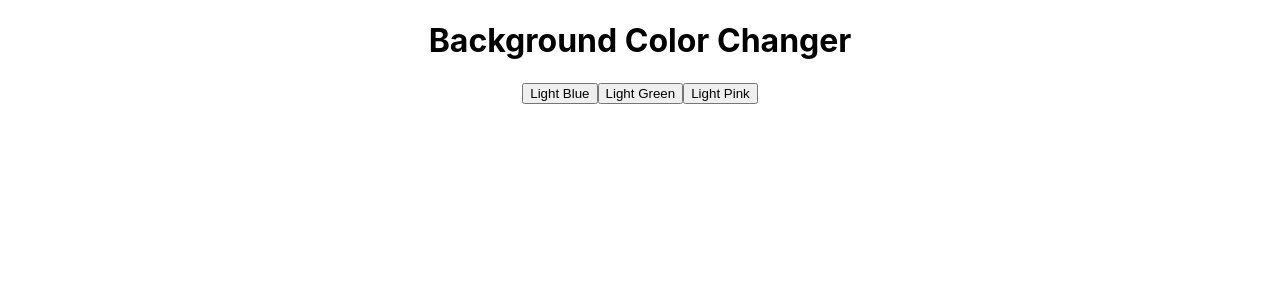
Repository: Jay1161/FSWD
Page: / (app in Week-12/frontend/cookies/)
An editor plug-in stored every save of this project. The page is shown before and after the next save, followed by the edit.
The browser window is 1280 px wide. The pictures show the whole page.
The page's requests for data from a server got no answer. The project was rebuilt for these pictures with package versions that can differ from the ones it lists, and the page was loaded fresh each time. No one was signed in, and anything a server would have sent is missing.

Above is the page before, as saved 2023-09-27 18:43:06.

### Week-12/frontend/cookies/src/index.js
import React from 'react';
import ReactDOM from 'react-dom/client';
import './index.css';
import reportWebVitals from './reportWebVitals';
//import App from './App';
import Cookies from './cookies';

const root = ReactDOM.createRoot(document.getElementById('root'));
root.render(
  <React.StrictMode>
    <Cookies />
  </React.StrictMode>
);

// If you want to start measuring performance in your app, pass a function
// to log results (for example: reportWebVitals(console.log))
// or send to an analytics endpoint. Learn more: https://bit.ly/CRA-vitals
reportWebVitals();

### Week-12/frontend/cookies/src/cookies.jsx
// client/src/App.js

import React, { useState, useEffect } from 'react';
import './App.css';

function Cookies() {
  const [backgroundColor, setBackgroundColor] = useState('');

  useEffect(() => {
    // Retrieve the backgroundColor cookie when the component mounts
    const savedBackgroundColor = getCookie('backgroundColor');
    if (savedBackgroundColor) {
      setBackgroundColor(savedBackgroundColor);
    }
  }, []);

  // Function to set the backgroundColor cookie on button click
  const setCookieAndBackgroundColor = (color) => {
    document.body.style.backgroundColor = color;
    document.cookie = `backgroundColor=${color}`;
    setBackgroundColor(color);
  };

  // Function to retrieve a cookie by name
  const getCookie = (name) => {
    const cookies = document.cookie.split(';');
    for (const cookie of cookies) {
      const [cookieName, cookieValue] = cookie.trim().split('=');
      if (cookieName === name) {
        return cookieValue;
      }
    }
    return null;
  };

  return (
    <div className="App">
      <h1>Background Color Changer</h1>
      <button onClick={() => setCookieAndBackgroundColor('lightblue')}>Light Blue</button>
      <button onClick={() => setCookieAndBackgroundColor('lightgreen')}>Light Green</button>
      <button onClick={() => setCookieAndBackgroundColor('lightpink')}>Light Pink</button>
    </div>
  );
}

export default Cookies;

Loaded but not shown: Week-12/frontend/cookies/public/index.html (common file); Week-12/frontend/cookies/src/index.css (common file); Week-12/frontend/cookies/src/reportWebVitals.js (common file); Week-12/frontend/cookies/src/App.css (common file)

After the next save:
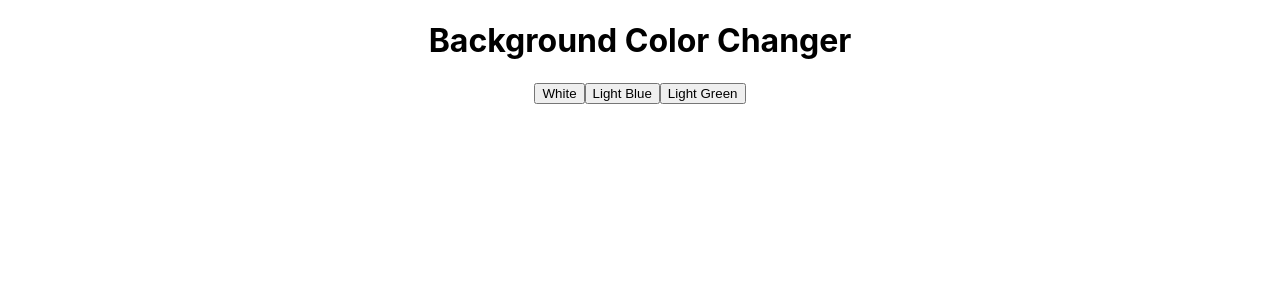
Saved 8 s later.
--- a/Week-12/frontend/cookies/src/cookies.jsx
+++ b/Week-12/frontend/cookies/src/cookies.jsx
@@ -1,46 +1,37 @@
-// client/src/App.js
-
 import React, { useState, useEffect } from 'react';
 import './App.css';
 
-function Cookies() {
-  const [backgroundColor, setBackgroundColor] = useState('');
+function App() {
+  const [backgroundColor, setBackgroundColor] = useState('white');
 
   useEffect(() => {
-    // Retrieve the backgroundColor cookie when the component mounts
-    const savedBackgroundColor = getCookie('backgroundColor');
-    if (savedBackgroundColor) {
-      setBackgroundColor(savedBackgroundColor);
-    }
+    fetch('/getBackgroundColor')
+      .then((res) => res.json())
+      .then((data) => {
+        setBackgroundColor(data.backgroundColor);
+      });
   }, []);
 
-  // Function to set the backgroundColor cookie on button click
-  const setCookieAndBackgroundColor = (color) => {
-    document.body.style.backgroundColor = color;
-    document.cookie = `backgroundColor=${color}`;
-    setBackgroundColor(color);
-  };
-
-  // Function to retrieve a cookie by name
-  const getCookie = (name) => {
-    const cookies = document.cookie.split(';');
-    for (const cookie of cookies) {
-      const [cookieName, cookieValue] = cookie.trim().split('=');
-      if (cookieName === name) {
-        return cookieValue;
-      }
-    }
-    return null;
+  const handleBackgroundColorChange = (color) => {
+    fetch('/setBackgroundColor', {
+      method: 'POST',
+      headers: {
+        'Content-Type': 'application/json',
+      },
+      body: JSON.stringify({ backgroundColor: color }),
+    }).then(() => {
+      setBackgroundColor(color);
+    });
   };
 
   return (
-    <div className="App">
+    <div className="App" style={{ backgroundColor }}>
       <h1>Background Color Changer</h1>
-      <button onClick={() => setCookieAndBackgroundColor('lightblue')}>Light Blue</button>
-      <button onClick={() => setCookieAndBackgroundColor('lightgreen')}>Light Green</button>
-      <button onClick={() => setCookieAndBackgroundColor('lightpink')}>Light Pink</button>
+      <button onClick={() => handleBackgroundColorChange('white')}>White</button>
+      <button onClick={() => handleBackgroundColorChange('lightblue')}>Light Blue</button>
+      <button onClick={() => handleBackgroundColorChange('lightgreen')}>Light Green</button>
     </div>
   );
 }
 
-export default Cookies;
+export default App;

After the save that followed:
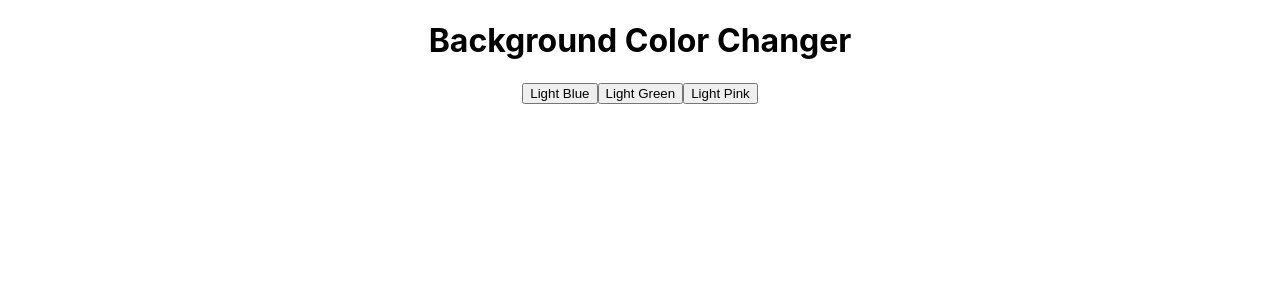
Saved 17 s later.
--- a/Week-12/frontend/cookies/src/cookies.jsx
+++ b/Week-12/frontend/cookies/src/cookies.jsx
@@ -1,37 +1,46 @@
+// client/src/App.js
+
 import React, { useState, useEffect } from 'react';
 import './App.css';
 
-function App() {
-  const [backgroundColor, setBackgroundColor] = useState('white');
+function Cookies() {
+  const [backgroundColor, setBackgroundColor] = useState('');
 
   useEffect(() => {
-    fetch('/getBackgroundColor')
-      .then((res) => res.json())
-      .then((data) => {
-        setBackgroundColor(data.backgroundColor);
-      });
+    // Retrieve the backgroundColor cookie when the component mounts
+    const savedBackgroundColor = getCookie('backgroundColor');
+    if (savedBackgroundColor) {
+      setBackgroundColor(savedBackgroundColor);
+    }
   }, []);
 
-  const handleBackgroundColorChange = (color) => {
-    fetch('/setBackgroundColor', {
-      method: 'POST',
-      headers: {
-        'Content-Type': 'application/json',
-      },
-      body: JSON.stringify({ backgroundColor: color }),
-    }).then(() => {
-      setBackgroundColor(color);
-    });
+  // Function to set the backgroundColor cookie on button click
+  const setCookieAndBackgroundColor = (color) => {
+    document.body.style.backgroundColor = color;
+    document.cookie = `backgroundColor=${color}`;
+    setBackgroundColor(color);
+  };
+
+  // Function to retrieve a cookie by name
+  const getCookie = (name) => {
+    const cookies = document.cookie.split(';');
+    for (const cookie of cookies) {
+      const [cookieName, cookieValue] = cookie.trim().split('=');
+      if (cookieName === name) {
+        return cookieValue;
+      }
+    }
+    return null;
   };
 
   return (
-    <div className="App" style={{ backgroundColor }}>
+    <div className="App">
       <h1>Background Color Changer</h1>
-      <button onClick={() => handleBackgroundColorChange('white')}>White</button>
-      <button onClick={() => handleBackgroundColorChange('lightblue')}>Light Blue</button>
-      <button onClick={() => handleBackgroundColorChange('lightgreen')}>Light Green</button>
+      <button onClick={() => setCookieAndBackgroundColor('lightblue')}>Light Blue</button>
+      <button onClick={() => setCookieAndBackgroundColor('lightgreen')}>Light Green</button>
+      <button onClick={() => setCookieAndBackgroundColor('lightpink')}>Light Pink</button>
     </div>
   );
 }
 
-export default App;
+export default Cookies;
